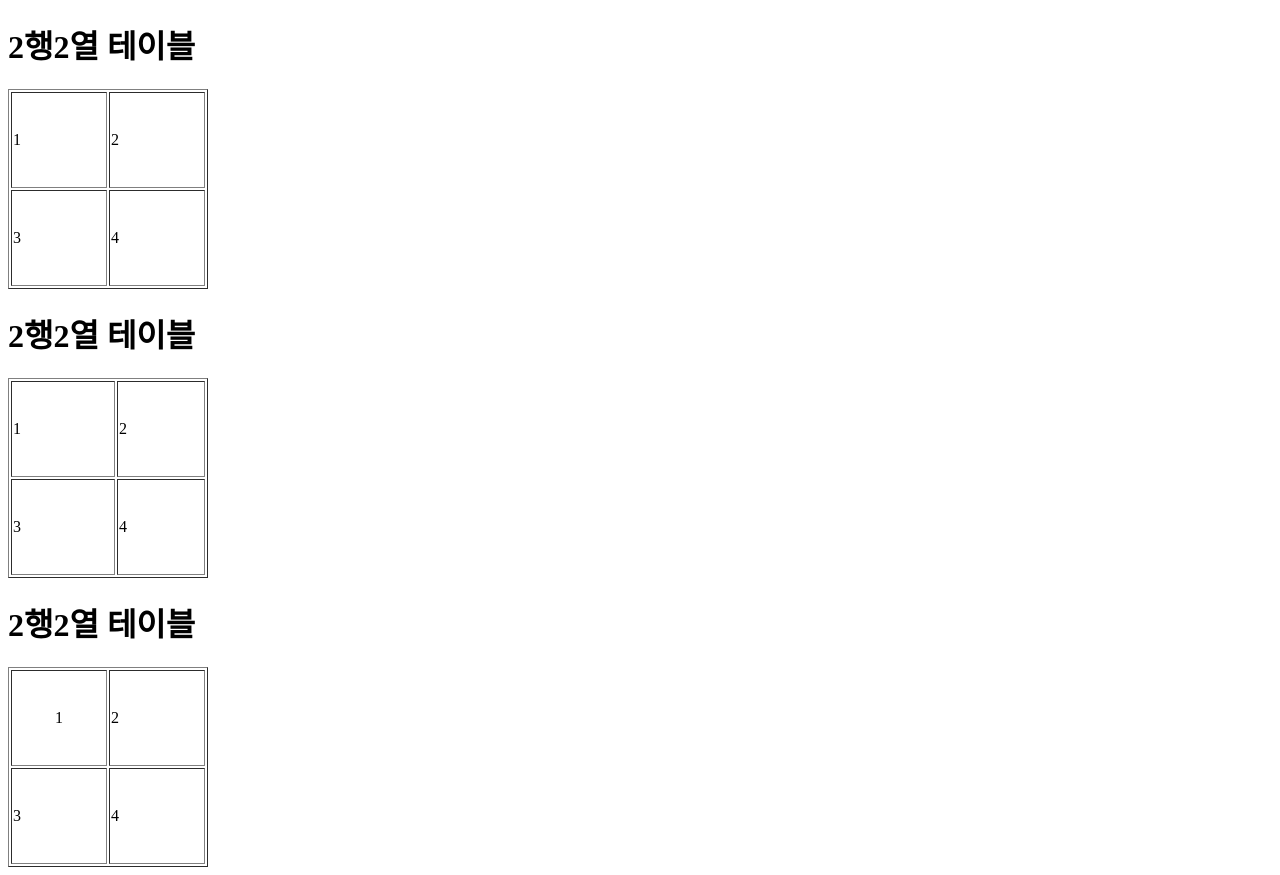
Repository: heoSuKyeong/client_Ssanyong
Page: ClientTest/src/main/webapp/html/ex15_table.html
The author's editor kept a copy of each file at every save. The page is drawn from the files as they stood at one save, then again after the next save.
The browser window is 1280 px wide. The pictures show the whole page.

Above is the page before, as saved 2023-09-21 00:35:56.

After the next save:
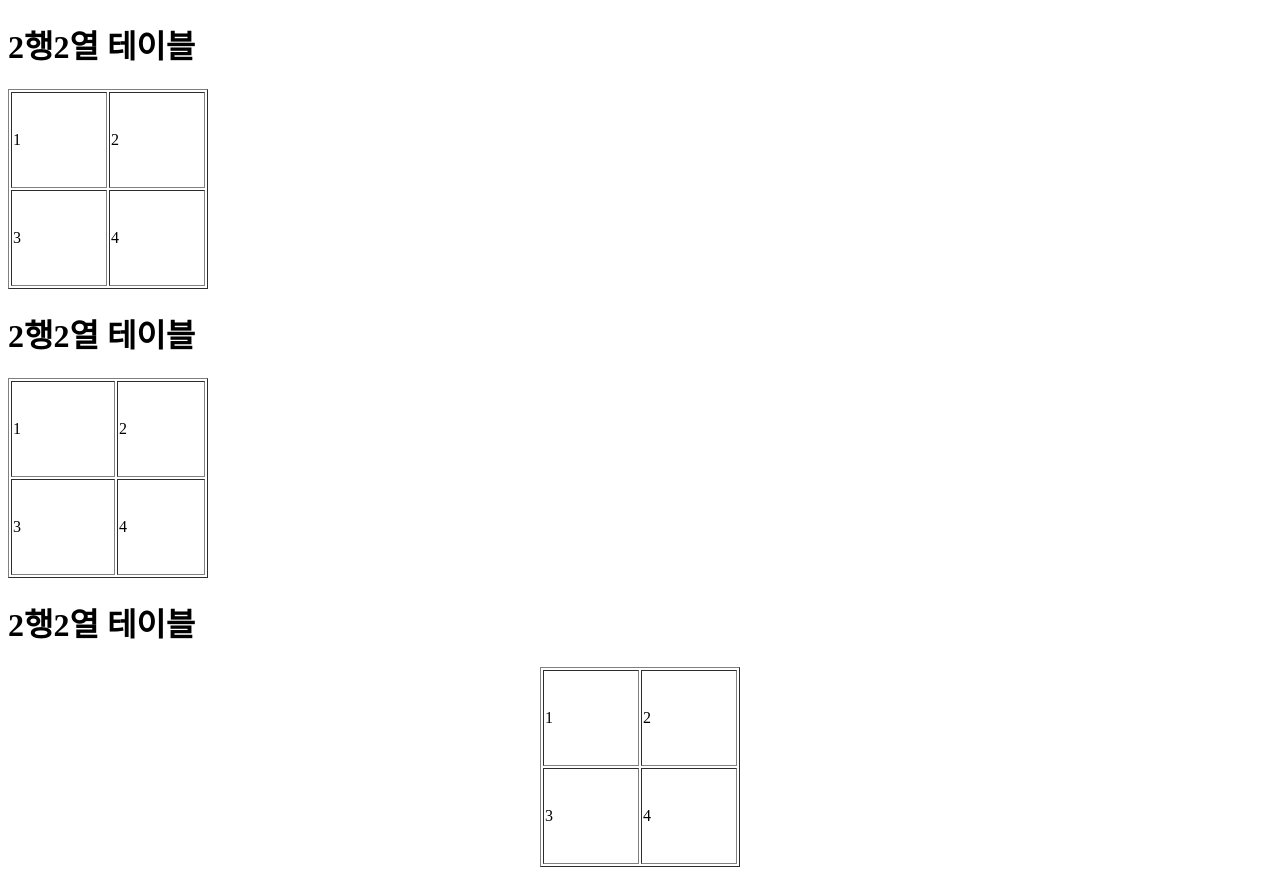
Saved 13 s later.
--- a/ClientTest/src/main/webapp/html/ex15_table.html
+++ b/ClientTest/src/main/webapp/html/ex15_table.html
@@ -36,9 +36,9 @@
 
 
 	<h1>2행2열 테이블</h1>
-	<table border="1" width="200" height="200">
+	<table border="1" width="200" height="200" align="center">
 		<tr>
-			<td align="center">1</td>
+			<td>1</td>
 			<td>2</td>
 		</tr>
 		<tr>

After the save that followed:
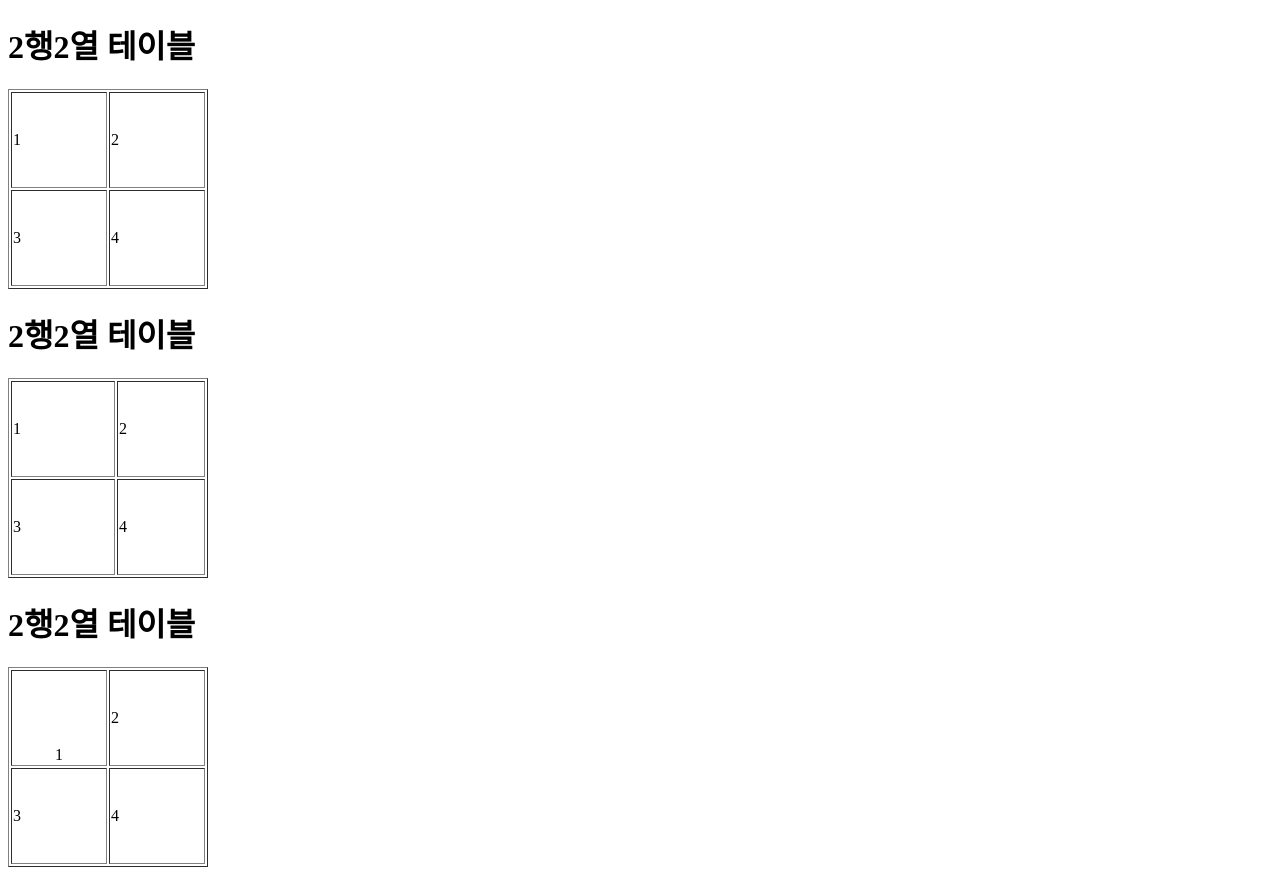
Saved 28 s later.
--- a/ClientTest/src/main/webapp/html/ex15_table.html
+++ b/ClientTest/src/main/webapp/html/ex15_table.html
@@ -36,9 +36,9 @@
 
 
 	<h1>2행2열 테이블</h1>
-	<table border="1" width="200" height="200" align="center">
+	<table border="1" width="200" height="200">
 		<tr>
-			<td>1</td>
+			<td align="center" valign="bottom">1</td>
 			<td>2</td>
 		</tr>
 		<tr>
